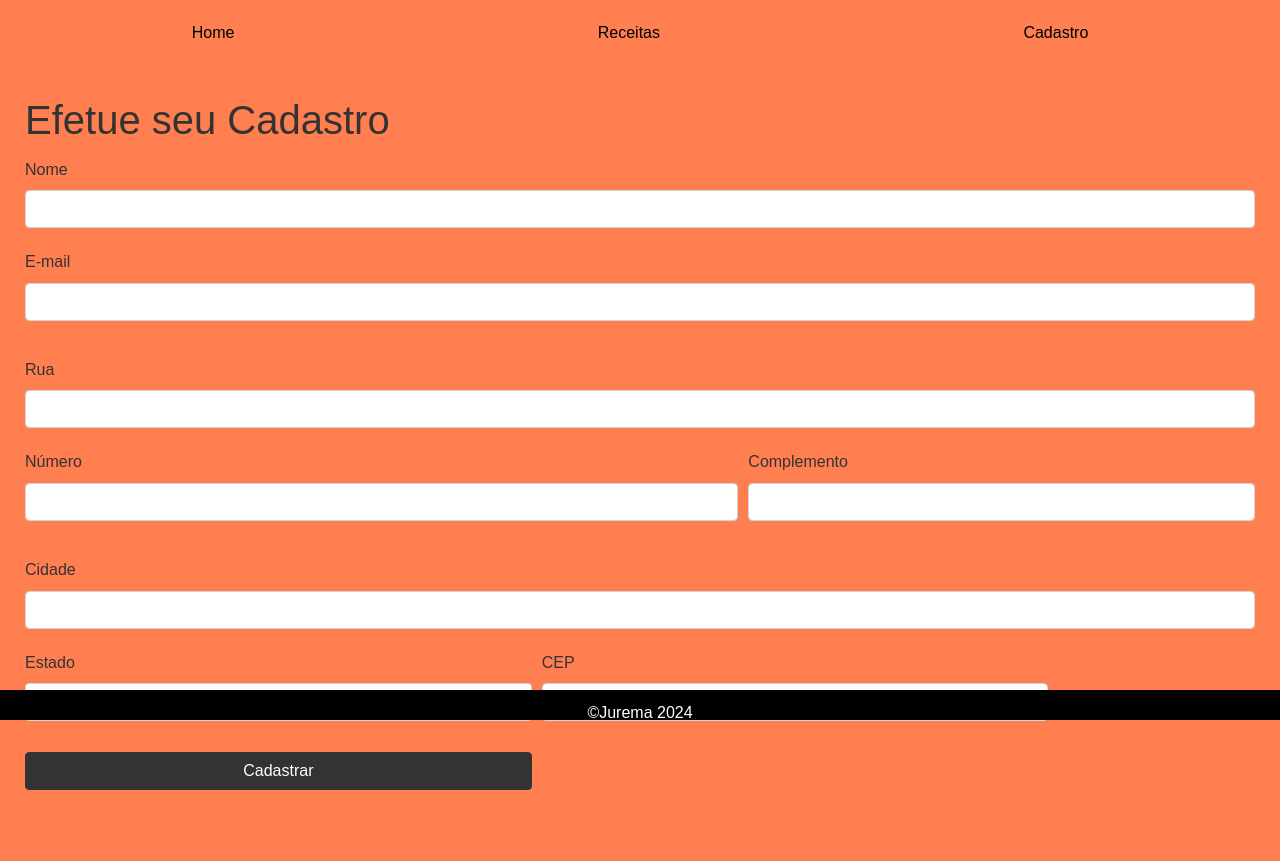
Repository: devropaes/RECEITAS
Page: OneDrive/Área de Trabalho/Estudos/Estácio/receitas/cadastro.html
These files come from the project's save history. The page is drawn as it stood at one moment and after the next save; the edit follows.
The browser window is 1280 px wide. The pictures show the whole page.

Above is the page before, as saved 2024-03-15 18:14:50.

After the next save:
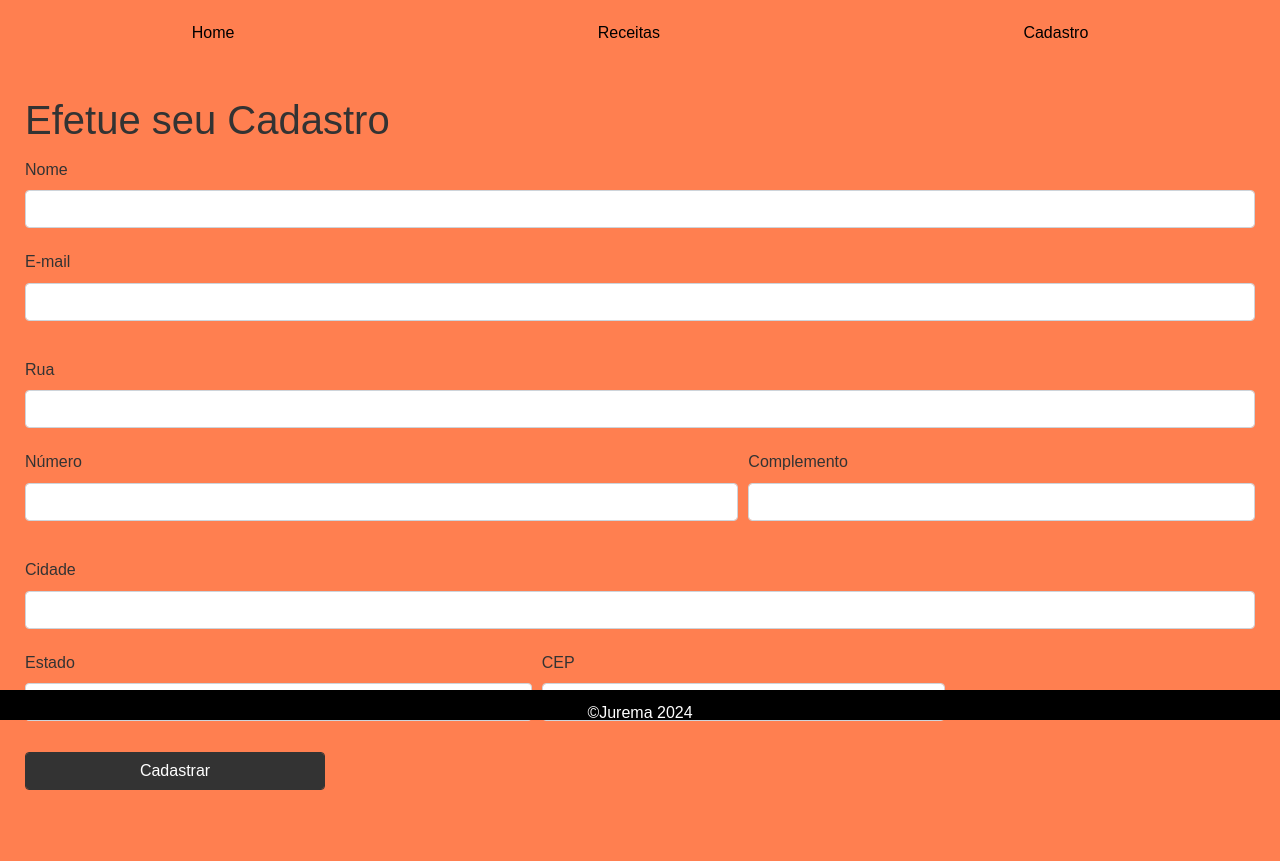
Saved 2 min 4 s later.
--- a/OneDrive/Área de Trabalho/Estudos/Estácio/receitas/cadastro.html
+++ b/OneDrive/Área de Trabalho/Estudos/Estácio/receitas/cadastro.html
@@ -92,14 +92,14 @@
                                     <option value="TO">Tocantins</option>
                                 </select>
                             </div>
-                            <div class="form-group col-md-5">
+                            <div class="form-group col-md-4">
                                 <label for="cep" class="float-left">CEP</label>
                                 <input type="text" class="form-control" id="cep" required>
                             </div>
                         </div>
                         <div class="form-row">
-                            <div class="form-group col-md-5 d-flex justify-content-center">
-                                <button type="submit" class="btn btn-primary btn-md">Cadastrar</button>
+                            <div class="form-group col-md-3">
+                                <button type="submit" class="btn btn-primary form-control">Cadastrar</button>
                             </div>
 
                         </div>
